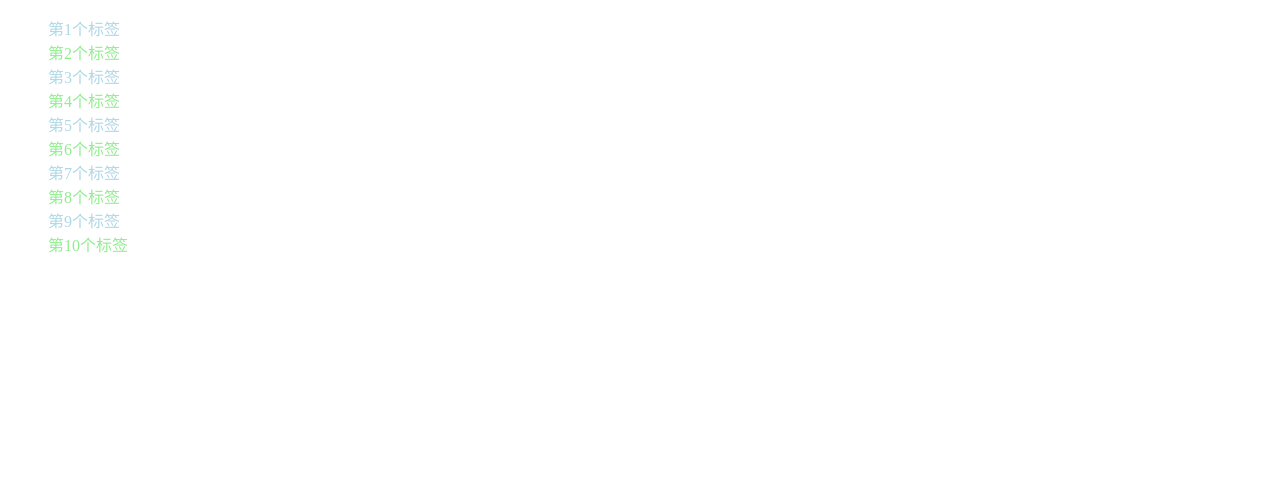
Repository: hawkWang2021/front-end-learing
Page: / (app in vue/day01/homework/demo/)
The author's editor kept a copy of each file at every save. The page is drawn from the files as they stood at one save, then again after the next save.
The browser window is 1280 px wide. The pictures show the whole page.
The project was rebuilt for these pictures with package versions that can differ from the ones it lists, and the page was loaded fresh each time. Also part of the build but not shown: vue/day01/homework/demo/webpack.config.js.

Above is the page before, as saved 2022-06-18 20:38:30.

### vue/day01/homework/demo/public/index.html
<!DOCTYPE html>
<html lang="zh-CN">
	<head>
		<meta charset="UTF-8" />
		<meta http-equiv="X-UA-Compatible" content="IE=edge" />
		<meta name="viewport" content="width=device-width, initial-scale=1.0" />
		<title>Document</title>
	</head>
	<body>
		<ul>
			<li>第1个标签</li>
			<li>第2个标签</li>
			<li>第3个标签</li>
			<li>第4个标签</li>
			<li>第5个标签</li>
			<li>第6个标签</li>
			<li>第7个标签</li>
			<li>第8个标签</li>
			<li>第9个标签</li>
			<li>第10个标签</li>
		</ul>
	</body>
</html>

### vue/day01/homework/demo/src/main.js
import $ from 'jquery'
import './css/index.css'
$('li:nth-child(odd)').css('color', 'lightblue')
$('li:nth-child(even)').css('color', 'lightgreen')

### vue/day01/homework/demo/src/css/index.css
ul,
li {
	list-style: none;
}

### vue/day01/homework/demo/src/less/index.less
ul {
	li {
		font-size: 30px;
	}
}

After the next save:
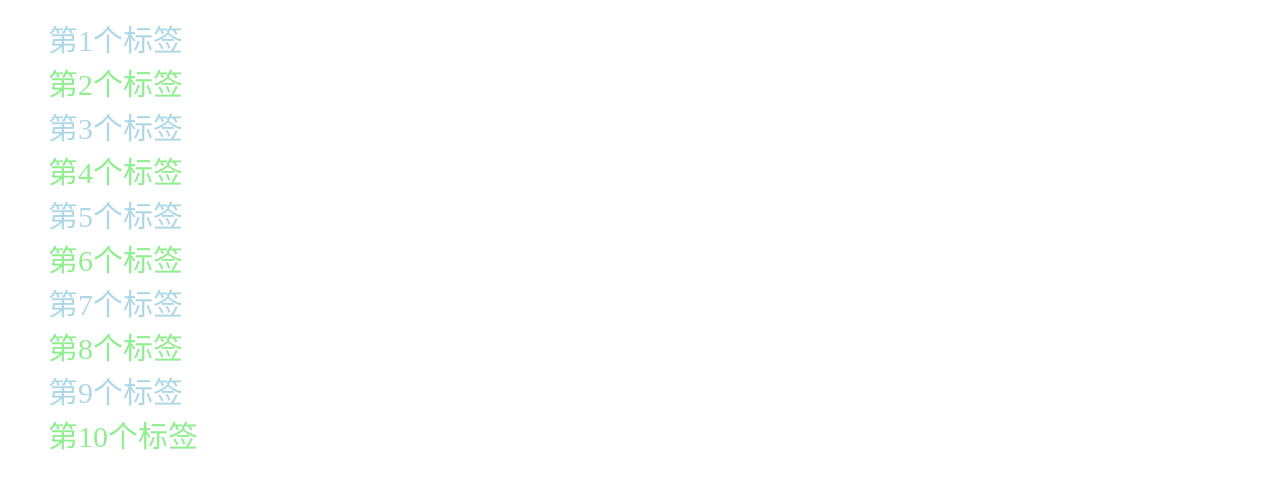
Saved 63 s later.
--- a/vue/day01/homework/demo/src/main.js
+++ b/vue/day01/homework/demo/src/main.js
@@ -1,4 +1,5 @@
 import $ from 'jquery'
 import './css/index.css'
+import './less/index.less'
 $('li:nth-child(odd)').css('color', 'lightblue')
 $('li:nth-child(even)').css('color', 'lightgreen')
